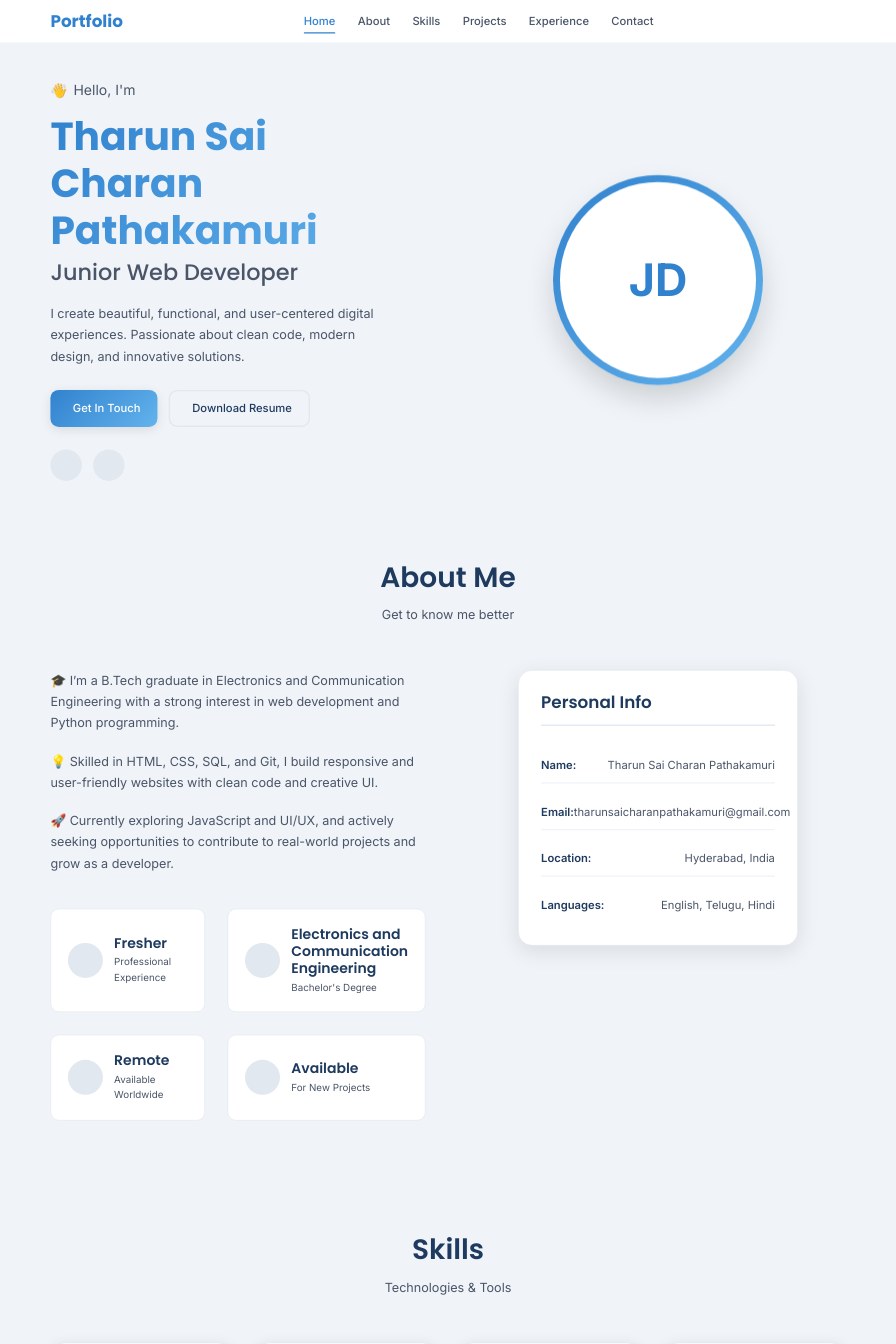
Repository: TharunPathakamuri/Portfolio
Page: index.html
An editor plug-in stored every save of this project. The page is shown before and after the next save, followed by the edit.
The browser window is 1280 px wide. The pictures show the part of the page from y = 0 to 1920 px (the page is 4416 px tall), at 70% of full size.

Above is the page before, as saved 2025-07-04 23:42:11.

### index.html
<!DOCTYPE html>
<html lang="en">
  <head>
    <meta charset="UTF-8" />
    <meta name="viewport" content="width=device-width, initial-scale=1.0" />
    <title>Tharun Pathakamuri - Portfolio</title>
    <meta
      name="description"
      content="Personal Portfolio - Modern Web Developer"
    />

    <!-- Google Fonts -->
    <link rel="preconnect" href="https://fonts.googleapis.com" />
    <link rel="preconnect" href="https://fonts.gstatic.com" crossorigin />
    <link
      href="https://fonts.googleapis.com/css2?family=Inter:wght@300;400;500;600;700&family=Poppins:wght@300;400;500;600;700&display=swap"
      rel="stylesheet"
    />

    <!-- Lucide Icons -->
    <link
      rel="stylesheet"
      href="https://cdn.jsdelivr.net/npm/lucide-static@0.292.0/font/lucide.css"
    />

    <!-- Custom CSS -->
    <link rel="stylesheet" href="styles.css" />
    <link rel="shortcut icon" href="favicon.ico" type="image/x-icon" />
  </head>
  <body>
    <!-- Navigation -->
    <nav class="navbar" id="navbar">
      <div class="container">
        <div class="nav-content">
          <div class="nav-logo">
            <h3>Portfolio</h3>
          </div>

          <ul class="nav-menu" id="nav-menu">
            <li><a href="#home" class="nav-link">Home</a></li>
            <li><a href="#about" class="nav-link">About</a></li>
            <li><a href="#skills" class="nav-link">Skills</a></li>
            <li><a href="#projects" class="nav-link">Projects</a></li>
            <li><a href="#experience" class="nav-link">Experience</a></li>
            <li><a href="#contact" class="nav-link">Contact</a></li>
          </ul>

          <div class="nav-actions">
            <button
              class="theme-toggle"
              id="theme-toggle"
              aria-label="Toggle dark mode"
            >
              <i class="lucide lucide-moon"></i>
            </button>

            <button
              class="mobile-menu-toggle"
              id="mobile-menu-toggle"
              aria-label="Toggle mobile menu"
            >
              <i class="lucide lucide-menu"></i>
            </button>
          </div>
        </div>
      </div>
    </nav>

    <!-- Hero Section -->
    <section id="home" class="hero">
      <div class="container">
        <div class="hero-content">
          <div class="hero-text">
            <div class="hero-greeting">
              <span class="wave">👋</span> Hello, I'm
            </div>

            <h1 class="hero-title">
              <span class="name">Tharun Sai Charan Pathakamuri</span>
              <span class="title">Junior Web Developer</span>
            </h1>

            <p class="hero-description">
              I create beautiful, functional, and user-centered digital
              experiences. Passionate about clean code, modern design, and
              innovative solutions.
            </p>

            <div class="hero-actions">
              <button
                class="btn btn-primary"
                onclick="scrollToSection('contact')"
              >
                <i class="lucide lucide-mail"></i>
                Get In Touch
              </button>

              <a
                href="THARUN_PATHAKAMUR_RESUME.pdf"
                class="btn btn-secondary"
                download
              >
                <i class="lucide lucide-download"></i>
                Download Resume
              </a>
            </div>

            <div class="hero-social">
              <a
                href="https://github.com/TharunPathakamuri"
                target="_blank"
                rel="noopener noreferrer"
                class="social-link"
              >
                <i class="lucide lucide-github"></i>
              </a>
              <a
                href="https://www.linkedin.com/in/tharun-pathakamuri/"
                target="_blank"
                rel="noopener noreferrer"
                class="social-link"
              >
                <i class="lucide lucide-linkedin"></i>
              </a>
            </div>
          </div>

          <div class="hero-visual">
            <div class="hero-image">
              <div class="image-placeholder">
                <div class="placeholder-text">JD</div>
              </div>
            </div>
          </div>
        </div>
      </div>
    </section>

    <!-- About Section -->
    <section id="about" class="about section">
      <div class="container">
        <div class="section-header">
          <h2 class="section-title">About Me</h2>
          <p class="section-subtitle">Get to know me better</p>
        </div>

        <div class="about-content">
          <div class="about-text">
            <div class="about-description">
              <p>
                🎓 I’m a B.Tech graduate in Electronics and Communication
                Engineering with a strong interest in web development and Python
                programming.
              </p>

              <p>
                💡 Skilled in HTML, CSS, SQL, and Git, I build
                responsive and user-friendly websites with clean code and
                creative UI.
              </p>

              <p>
               🚀 Currently exploring JavaScript and UI/UX, and
                actively seeking opportunities to contribute to real-world
                projects and grow as a developer.
              </p>
            </div>

            <div class="about-highlights">
              <div class="highlight-item">
                <div class="highlight-icon">
                  <i class="lucide lucide-briefcase"></i>
                </div>
                <div class="highlight-content">
                  <h4 class="highlight-title">Fresher</h4>
                  <p class="highlight-description">Professional Experience</p>
                </div>
              </div>

              <div class="highlight-item">
                <div class="highlight-icon">
                  <i class="lucide lucide-graduation-cap"></i>
                </div>
                <div class="highlight-content">
                  <h4 class="highlight-title">Electronics and Communication
                Engineering</h4>
                  <p class="highlight-description">Bachelor's Degree</p>
                </div>
              </div>

              <div class="highlight-item">
                <div class="highlight-icon">
                  <i class="lucide lucide-map-pin"></i>
                </div>
                <div class="highlight-content">
                  <h4 class="highlight-title">Remote</h4>
                  <p class="highlight-description">Available Worldwide</p>
                </div>
              </div>

              <div class="highlight-item">
                <div class="highlight-icon">
                  <i class="lucide lucide-calendar"></i>
                </div>
                <div class="highlight-content">
                  <h4 class="highlight-title">Available</h4>
                  <p class="highlight-description">For New Projects</p>
                </div>
              </div>
            </div>
          </div>

          <div class="about-visual">
            <div class="about-card">
              <div class="card-header">
                <h3>Personal Info</h3>
              </div>

              <div class="info-list">
                <div class="info-item">
                  <span class="info-label">Name:</span>
                  <span class="info-value">Tharun Sai Charan Pathakamuri</span>
                </div>

                <div class="info-item">
                  <span class="info-label">Email:</span>
                  <span class="info-value">tharunsaicharanpathakamuri@gmail.com</span>
                </div>

                <div class="info-item">
                  <span class="info-label">Location:</span>
                  <span class="info-value">Hyderabad, India</span>
                </div>

                <div class="info-item">
                  <span class="info-label">Languages:</span>
                  <span class="info-value">English, Telugu, Hindi</span>
                </div>
              </div>
            </div>
          </div>
        </div>
      </div>
    </section>

    <!-- Skills Section -->
    <section id="skills" class="skills section">
      <div class="container">
        <div class="section-header">
          <h2 class="section-title">Skills</h2>
          <p class="section-subtitle">Technologies & Tools</p>
        </div>

        <div class="skills-grid">
          <div class="skill-card">
            <div class="skill-icon">
              <i class="lucide lucide-code"></i>
            </div>
            <div class="skill-name">HTML5</div>
          </div>

          <div class="skill-card">
            <div class="skill-icon">
              <i class="lucide lucide-palette"></i>
            </div>
            <div class="skill-name">CSS3</div>
          </div>

          <div class="skill-card">
            <div class="skill-icon">
              <i class="lucide lucide-file-code"></i>
            </div>
            <div class="skill-name">JavaScript</div>
          </div>

          <div class="skill-card">
            <div class="skill-icon">
              <i class="lucide lucide-zap"></i>
            </div>
            <div class="skill-name">React</div>
          </div>


          <div class="skill-card">
            <div class="skill-icon">
              <i class="lucide lucide-database"></i>
            </div>
            <div class="skill-name">SQL</div>
          </div>

          <div class="skill-card">
            <div class="skill-icon">
              <i class="lucide lucide-git-branch"></i>
            </div>
            <div class="skill-name">Git</div>
          </div>
          </div>
          </div>
    </section>

    <!-- Projects Section -->
    <section id="projects" class="projects section">
      <div class="container">
        <div class="section-header">
          <h2 class="section-title">Projects</h2>
          <p class="section-subtitle">Selected Work</p>
        </div>

        <div class="projects-grid">
          <div class="project-card">
            <div class="project-image">
              <img src="https://images.unsplash.com/photo-1461749280684-dccba630e2f6?auto=format&fit=crop&w=400&q=80" alt="Modern Portfolio - Professional workspace with laptop" style="object-fit:cover;width:100%;height:220px;border-radius:12px;" />
            </div>
            <div class="project-content">
              <h3 class="project-title">Modern Portfolio</h3>
              <p class="project-description">
                A sleek, responsive portfolio website built with React and
                modern CSS.
              </p>
              <div class="project-tech">
                <span class="tech-icon"><i class="lucide lucide-zap"></i></span>
                <span class="tech-icon"
                  ><i class="lucide lucide-image"></i
                ></span>
              </div>
              <div class="project-links">
                <a
                  href="https://github.com"
                  target="_blank"
                  rel="noopener noreferrer"
                  class="project-link"
                >
                  <i class="lucide lucide-github"></i>
                </a>
                <a
                  href="#"
                  target="_blank"
                  rel="noopener noreferrer"
                  class="project-link"
                >
                  <i class="lucide lucide-external-link"></i>
                </a>
              </div>
            </div>
          </div>

          <div class="project-card">
            <div class="project-image">
              <img src="https://images.unsplash.com/photo-1519389950473-47ba0277781c?auto=format&fit=crop&w=400&q=80" alt="Task Manager App - Organized desk with productivity tools" style="object-fit:cover;width:100%;height:220px;border-radius:12px;" />
            </div>
            <div class="project-content">
              <h3 class="project-title">Task Manager App</h3>
              <p class="project-description">
                A productivity app for managing daily tasks, with real-time
                sync.
              </p>
              <div class="project-tech">
                <span class="tech-icon"><i class="lucide lucide-zap"></i></span>
                <span class="tech-icon"
                  ><i class="lucide lucide-server"></i
                ></span>
                <span class="tech-icon"
                  ><i class="lucide lucide-database"></i
                ></span>
              </div>
              <div class="project-links">
                <a
                  href="https://github.com"
                  target="_blank"
                  rel="noopener noreferrer"
                  class="project-link"
                >
                  <i class="lucide lucide-github"></i>
                </a>
                <a
                  href="#"
                  target="_blank"
                  rel="noopener noreferrer"
                  class="project-link"
                >
                  <i class="lucide lucide-external-link"></i>
                </a>
              </div>
            </div>
          </div>

          <div class="project-card">
            <div class="project-image">
              <img src="https://images.unsplash.com/photo-1506744038136-46273834b3fb?auto=format&fit=crop&w=400&q=80" alt="Design System - UI design sketches and color swatches" style="object-fit:cover;width:100%;height:220px;border-radius:12px;" />
            </div>
            <div class="project-content">
              <h3 class="project-title">Design System</h3>
              <p class="project-description">
                Reusable UI components and design tokens for rapid prototyping.
              </p>
              <div class="project-tech">
                <span class="tech-icon"
                  ><i class="lucide lucide-image"></i
                ></span>
                <span class="tech-icon"><i class="lucide lucide-zap"></i></span>
              </div>
              <div class="project-links">
                <a
                  href="https://github.com"
                  target="_blank"
                  rel="noopener noreferrer"
                  class="project-link"
                >
                  <i class="lucide lucide-github"></i>
                </a>
                <a
                  href="#"
                  target="_blank"
                  rel="noopener noreferrer"
                  class="project-link"
                >
                  <i class="lucide lucide-external-link"></i>
                </a>
              </div>
            </div>
          </div>
        </div>
      </div>
    </section>

    <!-- Soft Skills Section -->
    <section id="softskills" class="softskills section">
      <div class="container">
        <div class="section-header">
          <h2 class="section-title">Soft Skills</h2>
          <p class="section-subtitle">Personal & Professional Qualities</p>
        </div>
        <div class="softskills-grid" style="display: flex; flex-wrap: wrap; justify-content: center; gap: 2rem; margin-top: 2rem;">
          <div class="softskill-card" style="flex: 1 1 220px; max-width: 260px; min-width: 200px; background: #fff; border-radius: 12px; box-shadow: 0 2px 8px rgba(0,0,0,0.06); padding: 2rem 1.2rem; text-align: center; display: flex; flex-direction: column; align-items: center;">
            <div class="softskill-icon" style="font-size:2.2rem; color:#6c63ff; margin-bottom:0.7rem;"><i class="lucide lucide-lightbulb"></i></div>
            <div class="softskill-name" style="font-weight:600; font-size:1.1rem; margin-bottom:0.4rem;">Problem Solving</div>
            <div class="softskill-desc" style="font-size:0.98rem; color:#555;">Approaches challenges with creativity and analytical thinking.</div>
          </div>
          <div class="softskill-card" style="flex: 1 1 220px; max-width: 260px; min-width: 200px; background: #fff; border-radius: 12px; box-shadow: 0 2px 8px rgba(0,0,0,0.06); padding: 2rem 1.2rem; text-align: center; display: flex; flex-direction: column; align-items: center;">
            <div class="softskill-icon" style="font-size:2.2rem; color:#6c63ff; margin-bottom:0.7rem;"><i class="lucide lucide-users"></i></div>
            <div class="softskill-name" style="font-weight:600; font-size:1.1rem; margin-bottom:0.4rem;">Collaboration</div>
            <div class="softskill-desc" style="font-size:0.98rem; color:#555;">Works effectively with others to achieve shared goals.</div>
          </div>
          <div class="softskill-card" style="flex: 1 1 220px; max-width: 260px; min-width: 200px; background: #fff; border-radius: 12px; box-shadow: 0 2px 8px rgba(0,0,0,0.06); padding: 2rem 1.2rem; text-align: center; display: flex; flex-direction: column; align-items: center;">
            <div class="softskill-icon" style="font-size:2.2rem; color:#6c63ff; margin-bottom:0.7rem;"><i class="lucide lucide-message-circle"></i></div>
            <div class="softskill-name" style="font-weight:600; font-size:1.1rem; margin-bottom:0.4rem;">Communication</div>
            <div class="softskill-desc" style="font-size:0.98rem; color:#555;">Clear and concise in both written and verbal communication.</div>
          </div>
          <div class="softskill-card" style="flex: 1 1 220px; max-width: 260px; min-width: 200px; background: #fff; border-radius: 12px; box-shadow: 0 2px 8px rgba(0,0,0,0.06); padding: 2rem 1.2rem; text-align: center; display: flex; flex-direction: column; align-items: center;">
            <div class="softskill-icon" style="font-size:2.2rem; color:#6c63ff; margin-bottom:0.7rem;"><i class="lucide lucide-smile"></i></div>
            <div class="softskill-name" style="font-weight:600; font-size:1.1rem; margin-bottom:0.4rem;">Adaptability</div>
            <div class="softskill-desc" style="font-size:0.98rem; color:#555;">Quickly adapts to new environments and technologies.</div>
          </div>
        </div>
      </div>
    </section>

    <!-- Contact Section -->
    <section id="contact" class="contact section">
      <div class="container">
        <div class="section-header">
          <h2 class="section-title">Contact</h2>
          <p class="section-subtitle">Let's connect</p>
        </div>

        <div class="contact-content">
          <div class="contact-info">
            <div class="contact-item">
              <i class="lucide lucide-mail"></i>
              <span>tharunsaicharanpathakamuri@gmail.com</span>
            </div>
            <div class="contact-item">
              <i class="lucide lucide-map-pin"></i>
              <span>Hyderabad, India</span>
            </div>
            <div class="contact-item" style="display: flex; align-items: center; gap: 0.5rem;">
              <a
                href="https://github.com"
                target="_blank"
                rel="noopener noreferrer"
                class="social-link"
                style="display: flex; align-items: center; gap: 0.3rem;"
                aria-label="GitHub"
              >
                <svg xmlns="http://www.w3.org/2000/svg" width="22" height="22" viewBox="0 0 24 24" fill="none" stroke="#6c63ff" stroke-width="2" stroke-linecap="round" stroke-linejoin="round"><path d="M9 19c-5 1.5-5-2.5-7-3m14 6v-3.87a3.37 3.37 0 0 0-.94-2.61c3.14-.35 6.44-1.54 6.44-7A5.44 5.44 0 0 0 20 4.77 5.07 5.07 0 0 0 19.91 1S18.73.65 16 2.48a13.38 13.38 0 0 0-7 0C6.27.65 5.09 1 5.09 1A5.07 5.07 0 0 0 5 4.77a5.44 5.44 0 0 0-1.5 3.78c0 5.42 3.3 6.61 6.44 7A3.37 3.37 0 0 0 9 21.13V25"/></svg>
                <span>GitHub</span>
              </a>
            </div>
            <div class="contact-item" style="display: flex; align-items: center; gap: 0.5rem;">
              <a
                href="https://linkedin.com"
                target="_blank"
                rel="noopener noreferrer"
                class="social-link"
                style="display: flex; align-items: center; gap: 0.3rem;"
                aria-label="LinkedIn"
              >
                <svg xmlns="http://www.w3.org/2000/svg" width="22" height="22" viewBox="0 0 24 24" fill="none" stroke="#6c63ff" stroke-width="2" stroke-linecap="round" stroke-linejoin="round"><rect x="2" y="9" width="4" height="12"/><circle cx="4" cy="4" r="2"/><rect x="8" y="9" width="8" height="12"/><path d="M16 9v-2a4 4 0 0 1 8 0v2"/></svg>
                <span>LinkedIn</span>
              </a>
            </div>
          </div>

          <form class="contact-form" id="contact-form">
            <div class="form-group">
              <label for="name">Name</label>
              <input id="name" type="text" required />
              <span class="form-error" id="name-error"></span>
            </div>

            <div class="form-group">
              <label for="email">Email</label>
              <input id="email" type="email" required />
              <span class="form-error" id="email-error"></span>
            </div>

            <div class="form-group">
              <label for="message">Message</label>
              <textarea id="message" rows="4" required></textarea>
              <span class="form-error" id="message-error"></span>
            </div>

            <button type="submit" class="btn btn-primary">Send Message</button>
            <div class="form-success" id="form-success"></div>
          </form>
        </div>
      </div>
    </section>

    <!-- Footer -->
    <footer class="footer">
      <div class="container">
        <div class="footer-content">
          <span
            >&copy; <span id="current-year"></span> John Doe. All rights
            reserved.</span
          >
          <button
            class="footer-top"
            onclick="scrollToTop()"
            aria-label="Back to top"
          >
            <i class="lucide lucide-arrow-up"></i>
          </button>
        </div>
      </div>
    </footer>

    <!-- Custom JavaScript -->
    <script src="script.js"></script>
  </body>
</html>

Loaded but not shown: script.js (335 lines, source omitted); styles.css (1099 lines, source omitted)

After the next save:
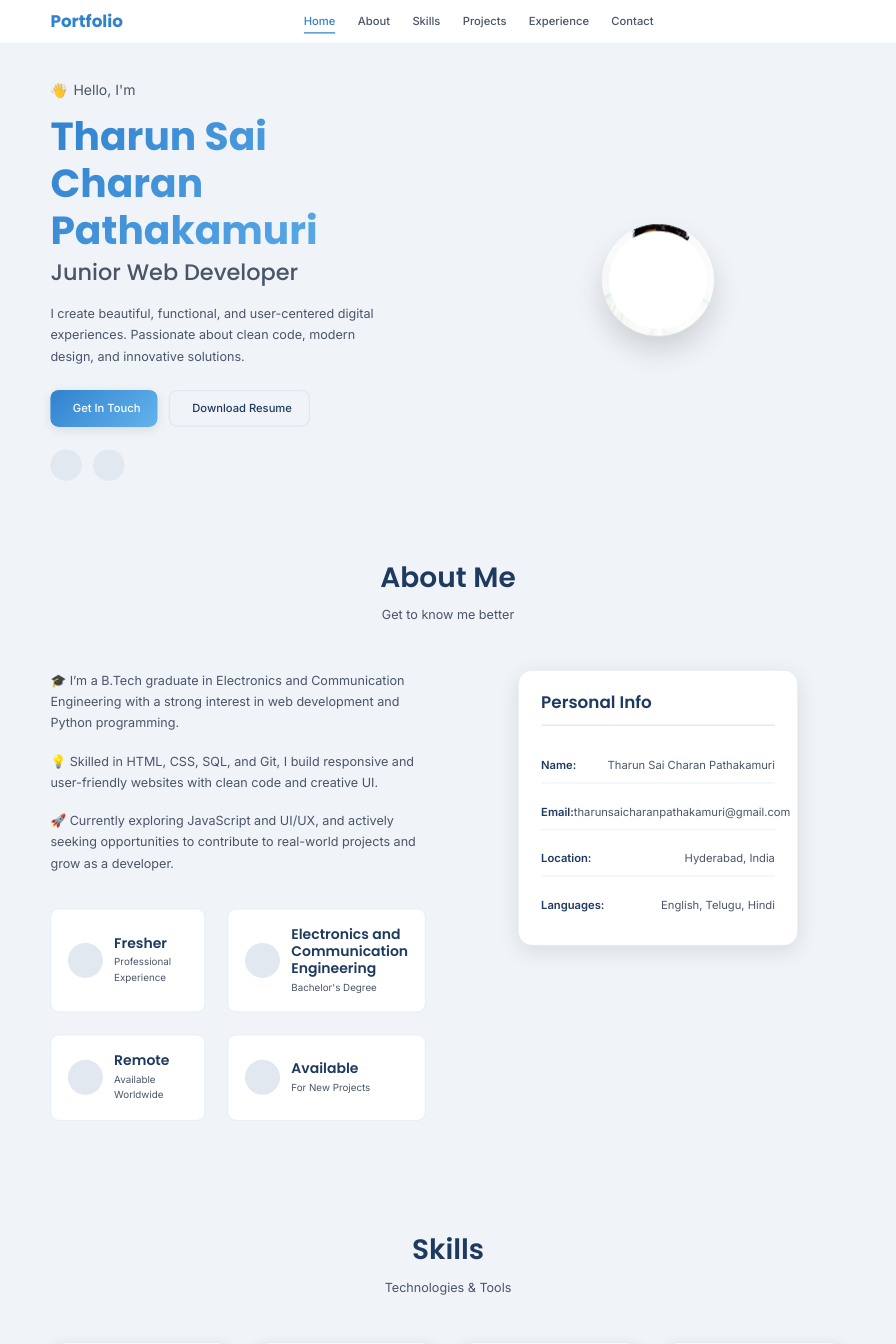
Saved 118 s later.
--- a/index.html
+++ b/index.html
@@ -127,8 +127,8 @@
 
           <div class="hero-visual">
             <div class="hero-image">
-              <div class="image-placeholder">
-                <div class="placeholder-text">JD</div>
+              <div class="image-placeholder" style="overflow: hidden; border-radius: 50%; width: 160px; height: 160px; background: #f3f3f3; display: flex; align-items: center; justify-content: center;">
+                <img src="Tharun_Pathakamuri.jpg" alt="Tharun Pathakamuri" style="width: 100%; height: 100%; object-fit: cover; border-radius: 50%;" />
               </div>
             </div>
           </div>
